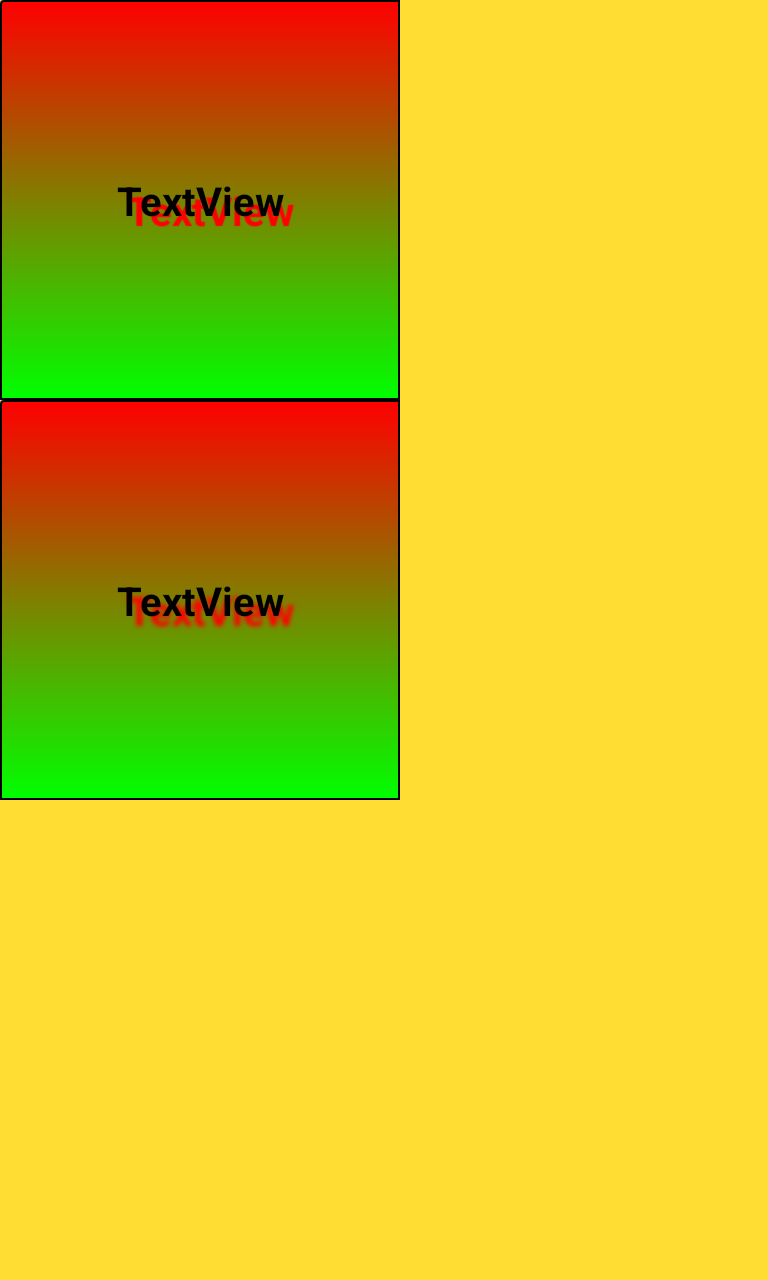
Repository: yhtaphp/yhtqgit
Layout: android/TextView/res/layout/activity_main.xml
These files come from the project's save history. The layout is drawn as it stood at one moment and after the next save; the edit follows.
It is drawn on a 768 x 1280 px phone screen (xhdpi) without system bars, with theme AppTheme; the app's code is not run.

Above is the layout before, as saved 2016-09-11 13:21:55.

### android/TextView/res/layout/activity_main.xml
<RelativeLayout xmlns:android="http://schemas.android.com/apk/res/android"
    xmlns:tools="http://schemas.android.com/tools"
    android:layout_width="match_parent"
    android:layout_height="match_parent"
    tools:context="${relativePackage}.${activityClass}"
    android:background="#ffdd33" >

    <TextView
        android:id="@+id/text1"
        android:layout_width="200dp"
        android:layout_height="200dp"
        android:gravity="center"
        android:background="@drawable/teststyle"
        android:textColor="#000"
        android:shadowDx="10"
        android:shadowDy="10"
        android:shadowColor="#f00"
        android:shadowRadius="0.1"
        android:textStyle="bold"
        android:textSize="20sp"
        android:text="TextView" />
        <TextView
        android:layout_below="@id/text1"
        android:layout_width="200dp"
        android:layout_height="200dp"
        android:gravity="center"
        android:background="@drawable/teststyle"
        android:textColor="#000"
        android:shadowDx="10"
        android:shadowDy="10"
        android:shadowColor="#f00"
        android:shadowRadius="3.0"
        android:textStyle="bold"
        android:textSize="20sp"
        android:text="TextView" />


</RelativeLayout>

### android/TextView/res/drawable-ldpi/teststyle.xml
<?xml version="1.0" encoding="utf-8"?>
<shape xmlns:android="http://schemas.android.com/apk/res/android" >
    <!-- 设置一个边框 -->
    <stroke android:width="2px" android:color="#000"/>

    <gradient
        android:angle="270"
        android:startColor="#f00"
        android:endColor="#0f0"/>

    <!-- 设置内边距 -->
    <padding
        android:left="5px"
        android:right="5px"
        android:top="5px"
        android:bottom="5px"
        />
    <corners android:topLeftRadius="3px"/>

</shape>

Loaded but not shown: android/TextView/res/values/styles.xml (common file); android/TextView/res/values-v11/styles.xml (common file); android/TextView/res/values-v14/styles.xml (common file)

After the next save:
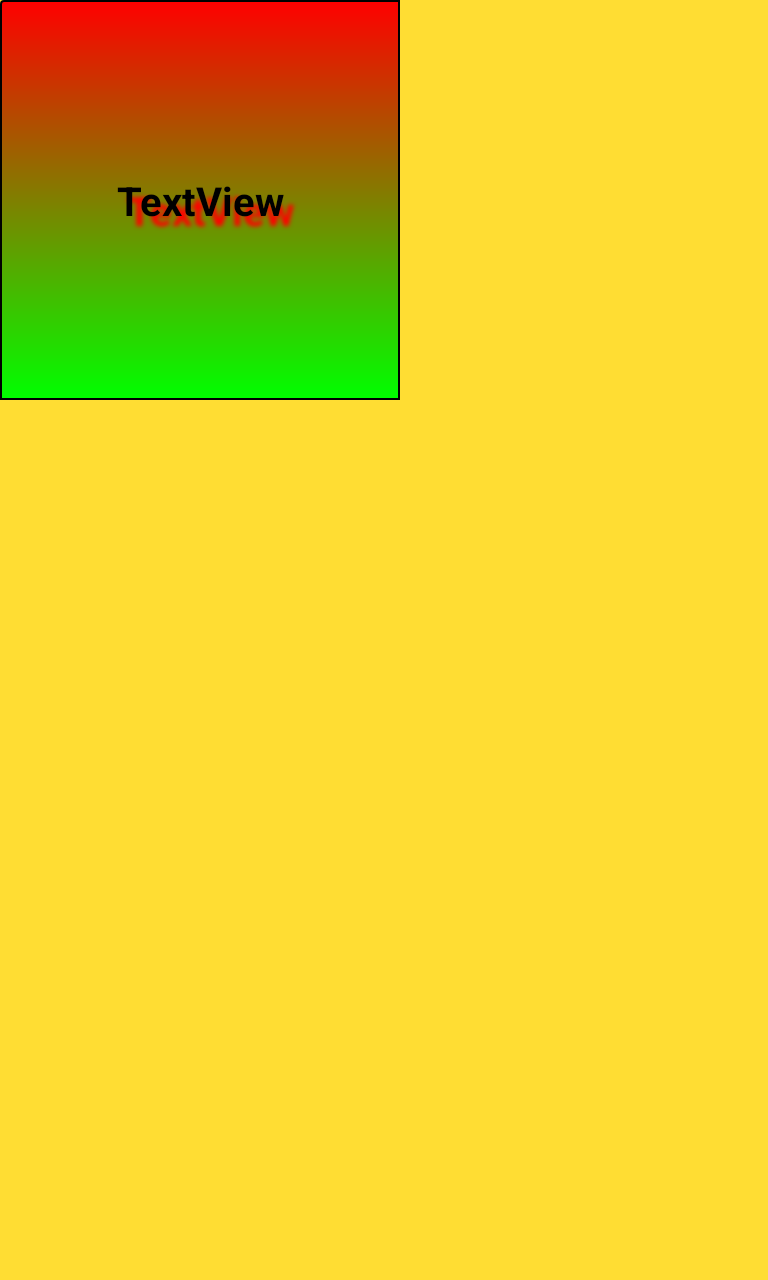
Saved 9 min 14 s later.
--- a/android/TextView/res/layout/activity_main.xml
+++ b/android/TextView/res/layout/activity_main.xml
@@ -8,7 +8,7 @@
     <TextView
         android:id="@+id/text1"
         android:layout_width="200dp"
-        android:layout_height="200dp"
+        android:layout_height="0"
         android:gravity="center"
         android:background="@drawable/teststyle"
         android:textColor="#000"
